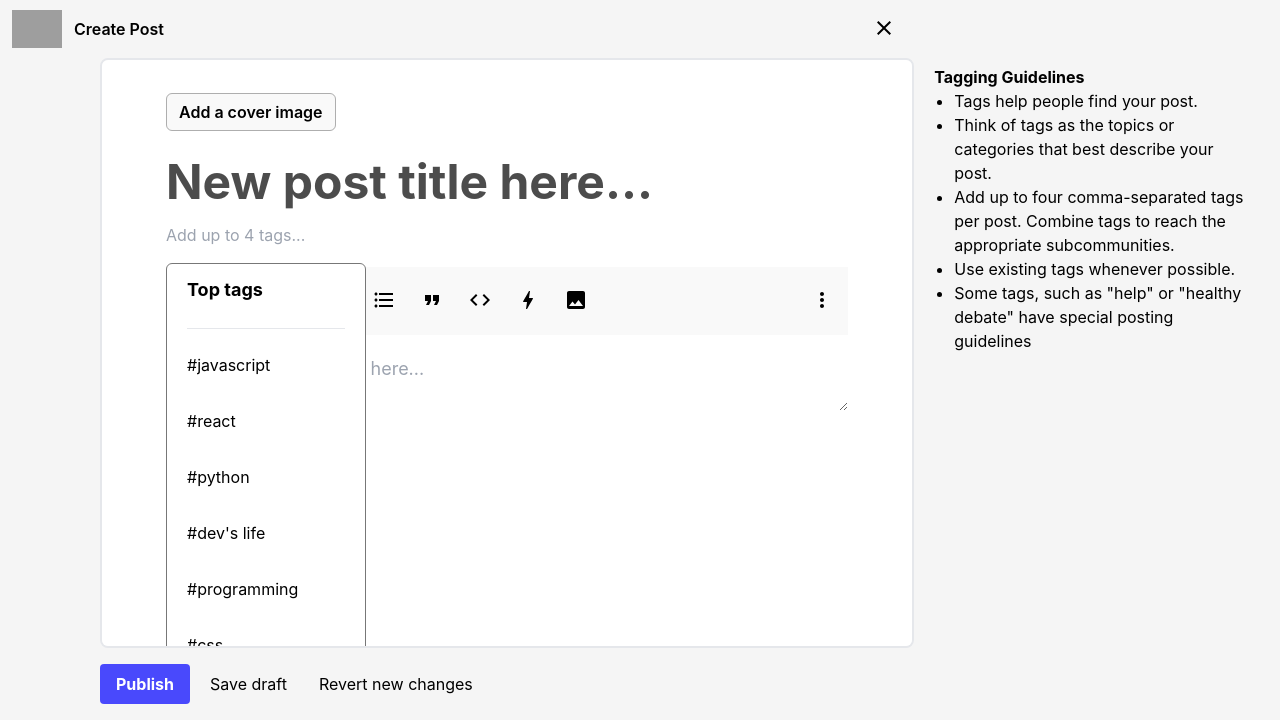
Repository: dat-nguyen-2001/Dev.to
Page: /new (app in client/)
The author's editor kept a copy of each file at every save. The page is drawn from the files as they stood at one save, then again after the next save.
The browser window is 1280 px wide. The pictures show the whole page.
Pictures or frames that could not be fetched are drawn as grey boxes. An inner scrolling area shows only its first screen. The project was rebuilt for these pictures with package versions that can differ from the ones it lists, and the page was loaded fresh each time. Also part of the build but not shown: client/src/components/Footer.tsx, client/src/components/nav/GuestNav.tsx, client/src/components/nav/NavBar.tsx, client/src/components/Layout.tsx, client/src/pages/about.tsx, client/src/components/SignInForm.tsx, client/src/components/SignInPlatform.tsx, client/src/pages/enter.tsx and 1 more.

Above is the page before, as saved 2022-09-25 12:02:23.

After the next save:
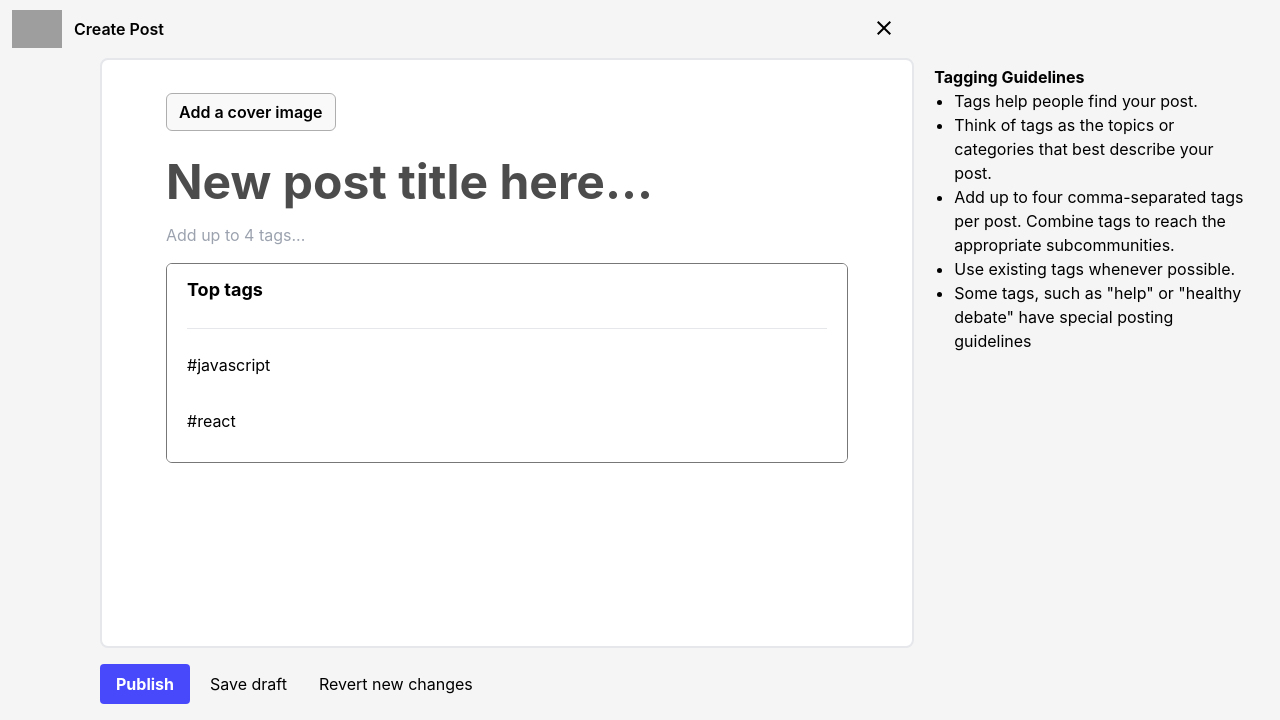
Saved 6 s later.
--- a/client/src/pages/new.tsx
+++ b/client/src/pages/new.tsx
@@ -75,7 +75,7 @@ const New = () => {
                     </form>
                     <form className='relative'>
                         <input placeholder='Add up to 4 tags...' className='w-full outline-none' />
-                        <div className='z-[100] absolute top-10 flex flex-col space-y-3 px-5 bg-white w-full border-[.1em] border-solid border-[#777] rounded-md max-w-[200px] overflow-y-auto'>
+                        <div className='z-[100] absolute top-10 flex flex-col space-y-3 px-5 bg-white w-full border-[.1em] border-solid border-[#777] rounded-md max-h-[200px] overflow-y-auto'>
                             <h2 className='text-lg font-bold py-3'>Top tags</h2>
                             <hr></hr>
                             <ul className='flex flex-col space-y-2 cursor-pointer'>
